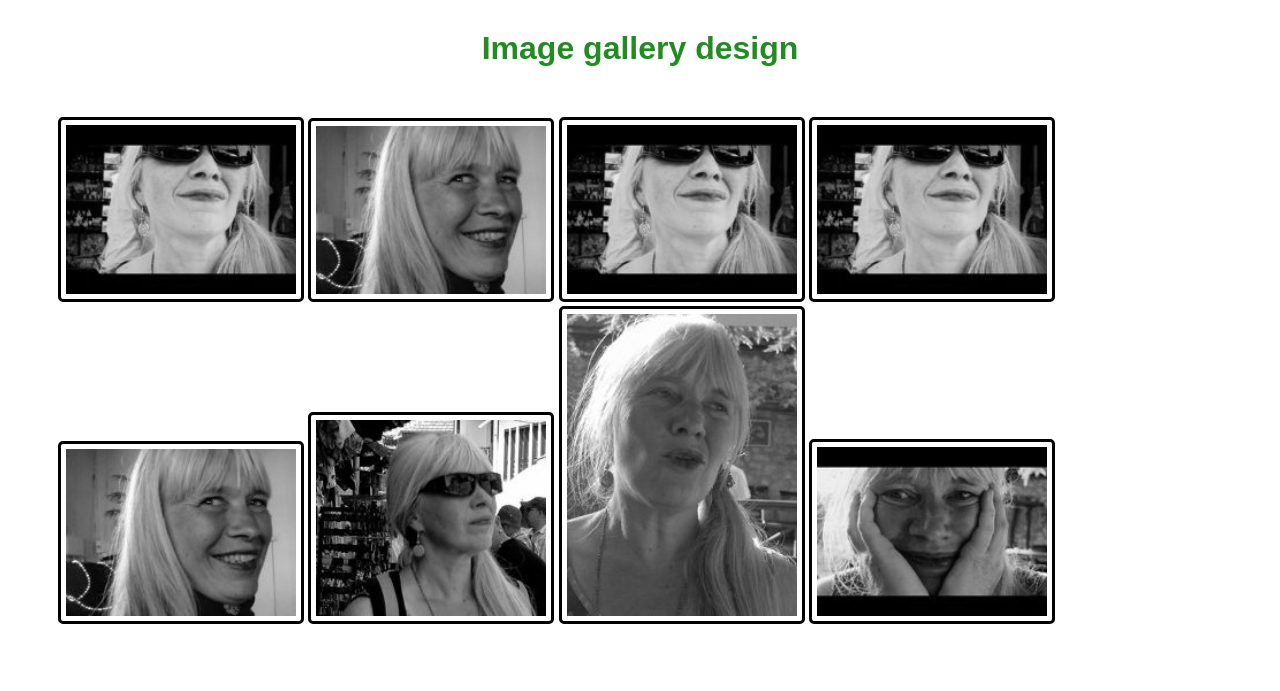
Repository: hindrik40/bildspel-lightbox
Page: index.html
An editor plug-in stored every save of this project. The page is shown before and after the next save, followed by the edit.
The browser window is 1280 px wide. The pictures show the whole page.

Above is the page before, as saved 2021-08-08 16:58:02.

After the next save:
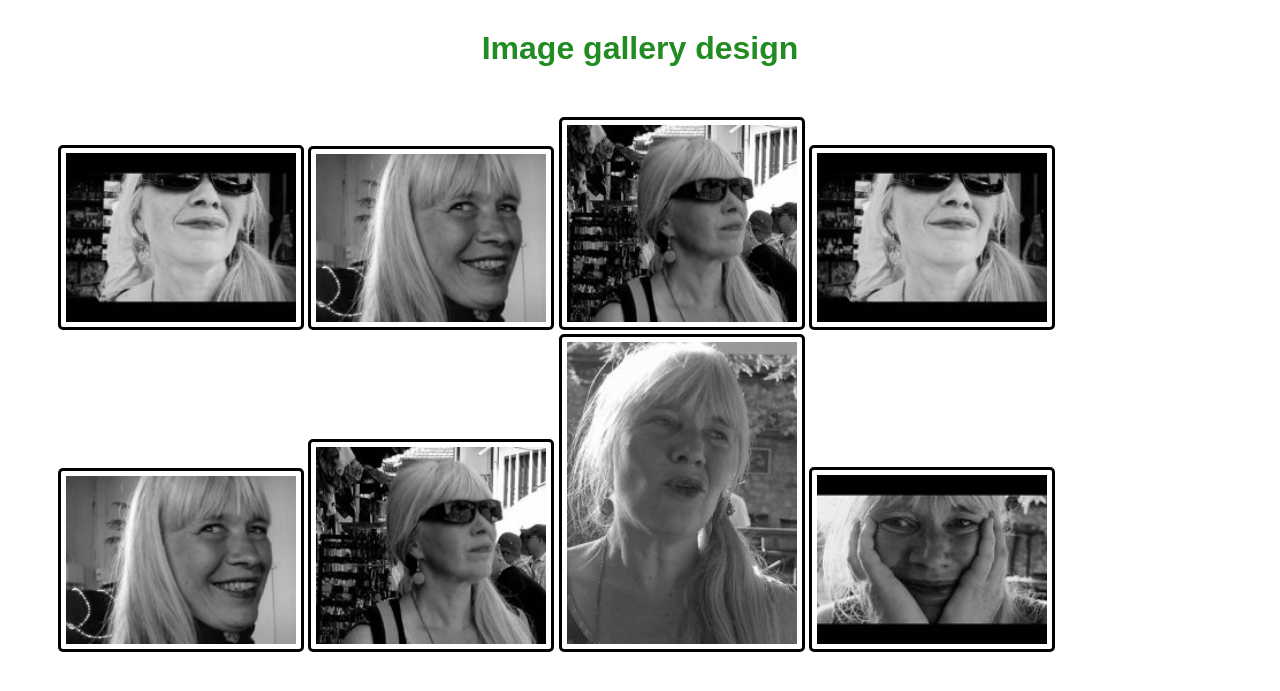
Saved 5 s later.
--- a/index.html
+++ b/index.html
@@ -12,7 +12,7 @@
     <div class="gallery">
         <a href="images/b7.jpg"></a><img src="images/b7t.jpg">
         <a href="images/b5.jpg"></a><img src="images/b5t.jpg">
-        <a href="images/b6.jpg"></a><img src="images/b7t.jpg">
+        <a href="images/b6.jpg"></a><img src="images/b6t.jpg">
         <a href="images/b7.jpg"></a><img src="images/b7t.jpg">
 
 
